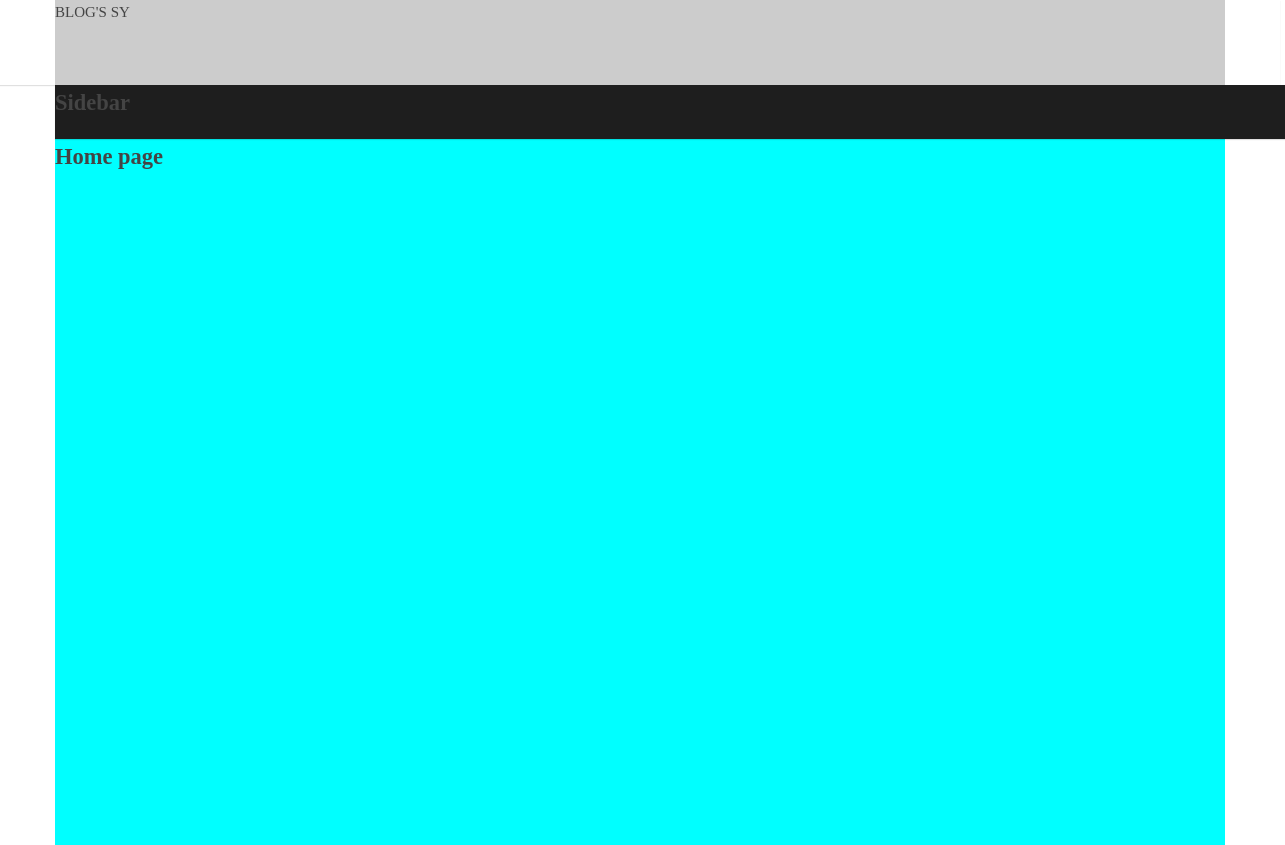
Repository: SyLe-Van/Make-Colorful
Page: /
These files come from the project's save history. The page is drawn as it stood at one moment and after the next save; the edit follows.
The browser window is 1280 px wide. The page is 1285 px wide, so the pictures cover 1285 px, including what lies to the right of the window. The pictures show the whole page.
Some web fonts or font styles are not loaded; a fallback is used. The project was rebuilt for these pictures with package versions that can differ from the ones it lists, and the page was loaded fresh each time. Also part of the build but not shown: src/pages/cinema/index.js, src/pages/fashion/index.js, src/pages/grooming/index.js, src/pages/lifestyle/index.js, src/pages/contact/index.js.

Above is the page before, as saved 2023-10-10 20:53:43.

### src/index.js
import React from 'react';
import ReactDOM from 'react-dom/client';
import App from '~/App';
import reportWebVitals from './reportWebVitals';
import GlobalStyles from '~/components/GlobalStyles';
const root = ReactDOM.createRoot(document.getElementById('root'));
root.render(
    <React.StrictMode>
        <GlobalStyles>
            <App />
        </GlobalStyles>
    </React.StrictMode>,
);

// If you want to start measuring performance in your app, pass a function
// to log results (for example: reportWebVitals(console.log))
// or send to an analytics endpoint. Learn more: https://bit.ly/CRA-vitals
reportWebVitals();

### src/App.js
import { BrowserRouter as Router, Routes, Route } from 'react-router-dom';
import Home from '~/pages/home';
import Cinema from '~/pages/cinema';
import Fashion from '~/pages/fashion';
import Grooming from '~/pages/grooming';
import LifeStyle from '~/pages/lifestyle';
import { publicRoutes } from './routes';
import { Component } from 'react';
import { DefaultLayout } from '~/components/Layout';
import { Fragment } from 'react';
function App() {
    return (
        <Router>
            <div className="App">
                <Routes>
                    {publicRoutes.map((route, index) => {
                        const Layout = route.layout === null ? Fragment : DefaultLayout;
                        const Page = route.component;
                        return (
                            <Route
                                key={index}
                                path={route.path}
                                element={
                                    <Layout>
                                        <Page />
                                    </Layout>
                                }
                            />
                        );
                    })}
                </Routes>
            </div>
        </Router>
    );
}

export default App;

### src/routes/index.js
import Home from '~/pages/home';
import Cinema from '~/pages/cinema';
import Fashion from '~/pages/fashion';
import Grooming from '~/pages/grooming';
import LifeStyle from '~/pages/lifestyle';
import Contact from '~/pages/contact';
// dont need login to view
const publicRoutes = [
    { path: '/', component: Home },
    { path: '/cinema', component: Cinema },
    { path: '/fashion', component: Fashion },
    { path: '/grooming', component: Grooming },
    { path: '/lifestyle', component: LifeStyle },
    { path: '/contact', component: Contact, layout: null },
];

const privateRoutes = [];

export { publicRoutes, privateRoutes };

### src/components/GlobalStyles/GlobalStyles.scss
@import 'normalize.css';
@import url('https:; //fonts.googleapis.com/css2?family=Lato:ital,wght@0,400;0,700;1,400;1,700&family=Montserrat:ital,wght@0,400;0,700;1,400;1,700&family=Playfair+Display&family=Poppins:wght@300;400;600;700&display=swap');

:root {
    --primary: #f6f6f6;
}

* {
    box-sizing: border-box;
    margin: 0;
    padding: 0;
}
html {
    font-size: 40px;
}
body {
    font-family: 'Playfair Display', serif;
    line-height: 1.6;
    color: #444;
    font-size: 15px;
    text-rendering: optimizeSpeed;
}

### src/components/Layout/DefaultLayout/index.js
import Header from './Header';
import classNames from 'classnames/bind';
import styles from './DefaultLayout.module.scss';
import Sidebar from './Sidebar';

const cx = classNames.bind(styles);
function DefaultLayout({ children }) {
    return (
        <div className={cx('wrapper')}>
            <Header />
            <div className={cx('container')}>
                <Sidebar />
                <div className={cx('contain')}>{children}</div>
            </div>
        </div>
    );
}

export default DefaultLayout;

### src/components/Layout/DefaultLayout/Header/index.js
import styles from './Header.module.scss';
import classNames from 'classnames/bind';

const cx = classNames.bind(styles);

function Header() {
    return (
        <header className={cx('wrapper')}>
            <div className={cx('inner')}>BLOG'S SY</div>
        </header>
    );
}

export default Header;

### src/components/Layout/DefaultLayout/DefaultLayout.module.scss
.wrapper {
    display: flex;
    flex-direction: column;
    align-items: center;
}
.container {
    width: 1170px;
    height: 760px;
    background-color: aqua;
}

### src/components/Layout/DefaultLayout/Sidebar/index.js
import styles from './Sidebar.module.scss';
import classNames from 'classnames/bind';

const cx = classNames.bind(styles);

function Sidebar() {
    return (
        <aside className={cx('wrapper')}>
            <h2>Sidebar</h2>
        </aside>
    );
}

export default Sidebar;

### src/components/Layout/DefaultLayout/Header/Header.module.scss
.wrapper {
    height: 85px;
    width: 100%;
    box-shadow: 0px 1px 1px rgb(0 0 0 / 12%);
    display: flex;
    justify-content: center;
}
.inner {
    height: 100%;
    width: 1170px;
    background-color: #ccc;
}

### src/components/Layout/DefaultLayout/Sidebar/Sidebar.module.scss
.wrapper {
    width: 1230px;
    min-height: 54px;
    background-color: #1e1e1e;
    box-shadow: 0px 1px 1px rgb(0 0 0 / 12%);
}

Loaded but not shown: public/index.html (common file); src/reportWebVitals.js (common file); src/components/GlobalStyles/index.js (common file); src/pages/home/index.js (common file); src/components/Layout/index.js (common file)

After the next save:
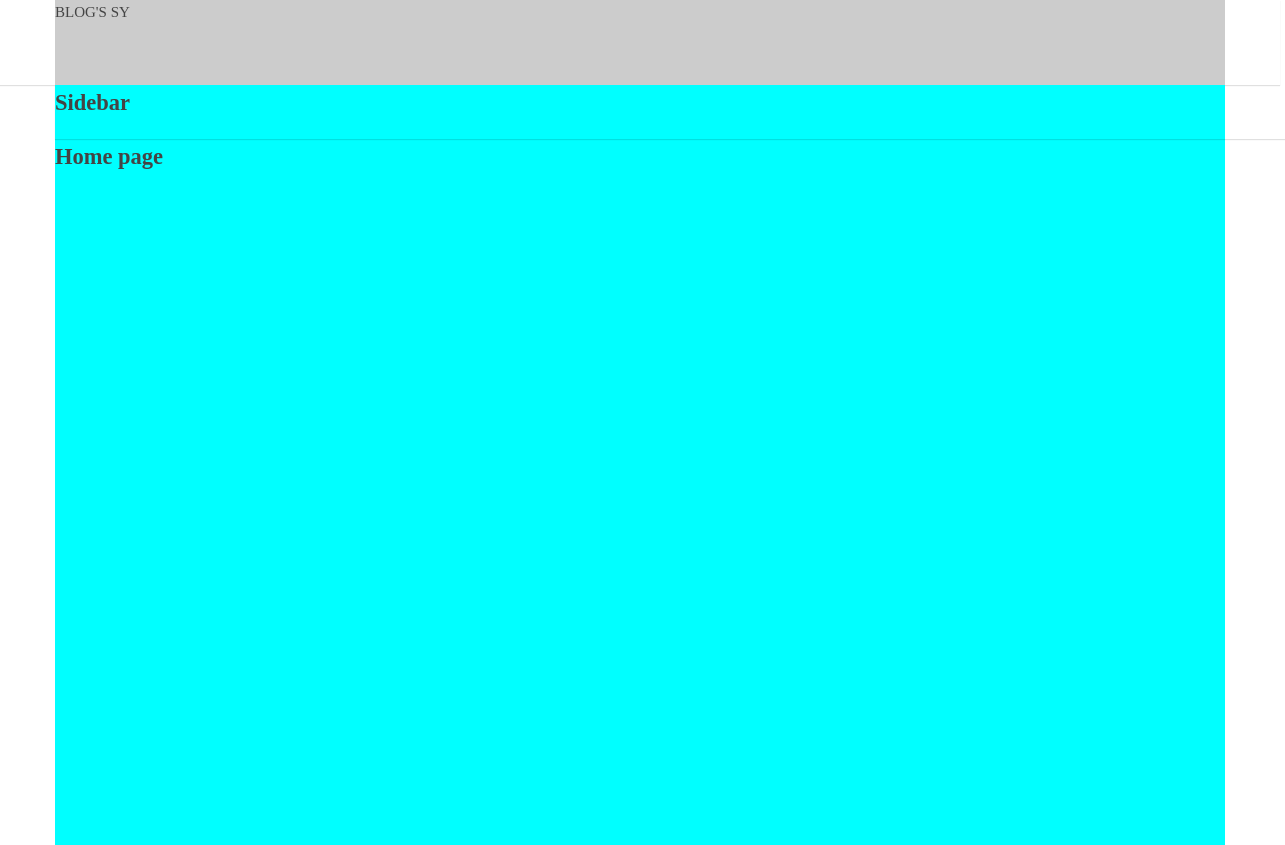
Saved 12 s later.
--- a/src/components/Layout/DefaultLayout/Sidebar/Sidebar.module.scss
+++ b/src/components/Layout/DefaultLayout/Sidebar/Sidebar.module.scss
@@ -1,6 +1,6 @@
 .wrapper {
     width: 1230px;
     min-height: 54px;
-    background-color: #1e1e1e;
+
     box-shadow: 0px 1px 1px rgb(0 0 0 / 12%);
 }
